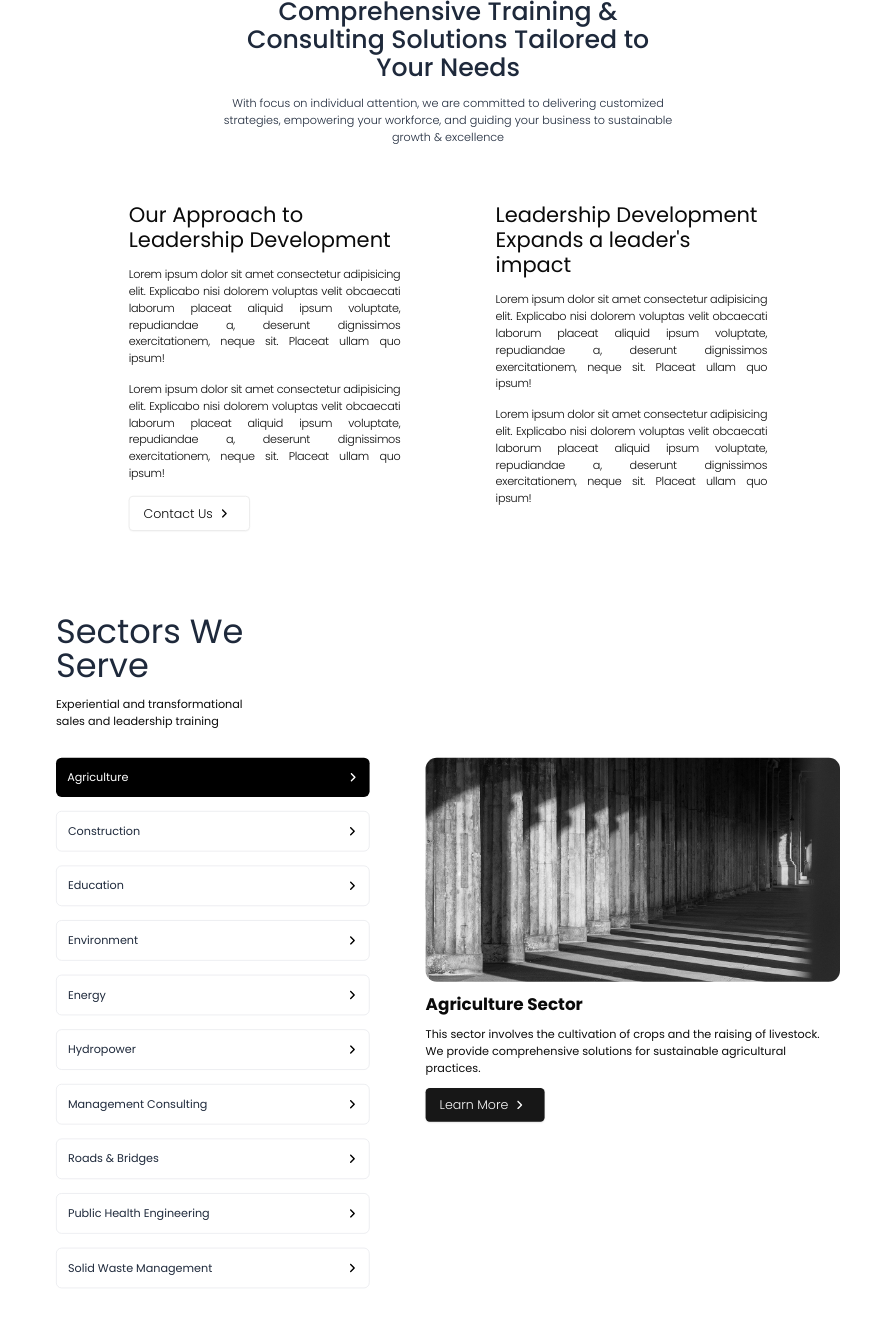
Repository: EMDC-24/ecglobalwebsite19
Page: /
These files come from the project's save history. The page is drawn as it stood at one moment and after the next save; the edit follows.
The browser window is 1280 px wide. The pictures show the part of the page from y = 969 to 2889 px (the page is 2889 px tall), at 70% of full size.
The project was rebuilt for these pictures with package versions that can differ from the ones it lists, and the page was loaded fresh each time. The framework's server and built-in components were replaced by stand-ins that run in the browser. Also part of the build but not shown: next.config.mjs.

Above is the page before, as saved 2024-09-17 19:49:52.

After the next save:
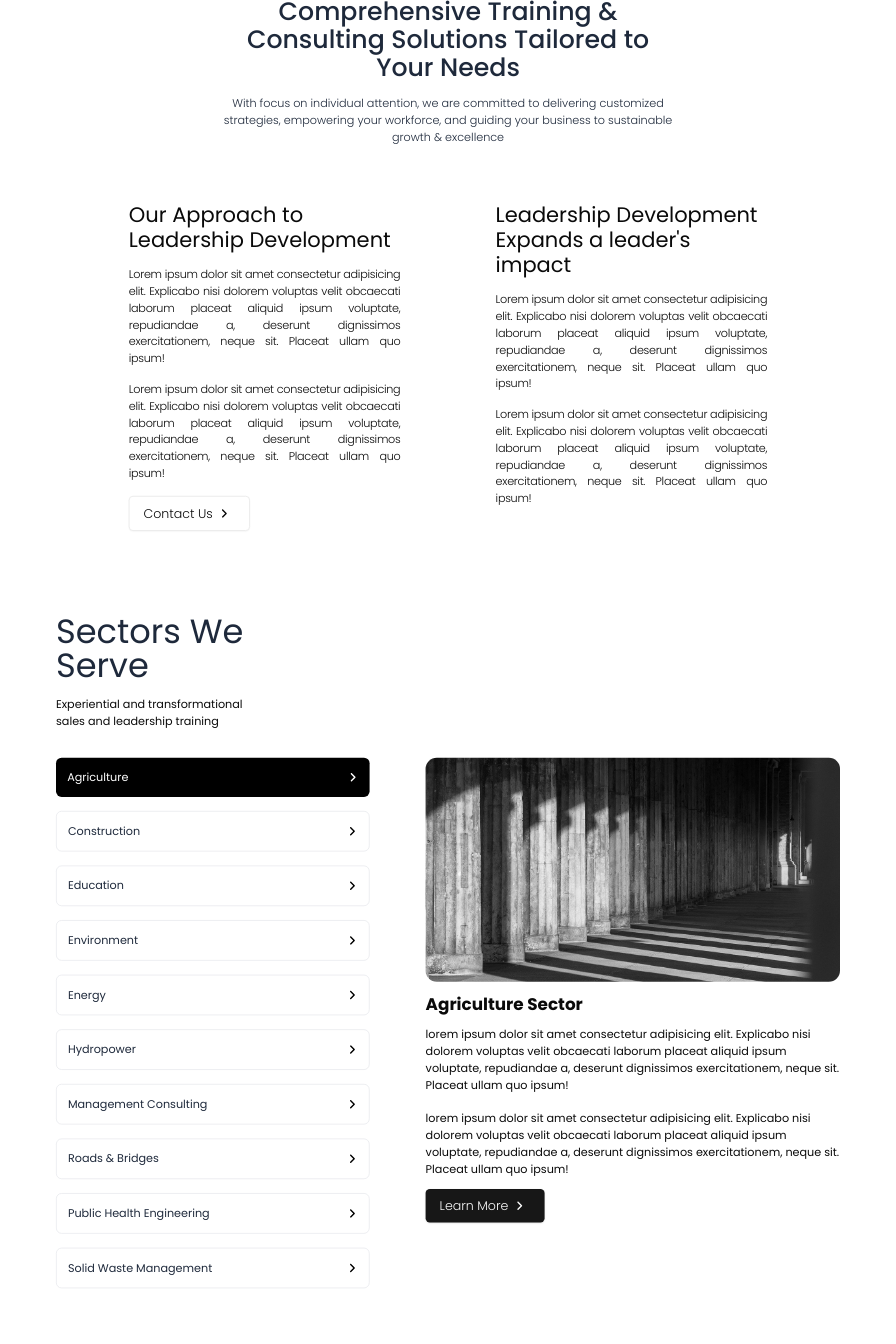
Saved 56 s later.
--- a/app/SerTabs.tsx
+++ b/app/SerTabs.tsx
@@ -10,7 +10,7 @@
       label: 'Agriculture',
       image: '/assets/hero2.jpg', // Background image path
       heading: 'Agriculture Sector',
-      paragraph: '<p>This sector involves the cultivation of crops and the raising of livestock. We provide comprehensive solutions for sustainable agricultural practices.</p>',
+      paragraph: '<p>lorem ipsum dolor sit amet consectetur adipisicing elit. Explicabo nisi dolorem voluptas velit obcaecati laborum placeat aliquid ipsum voluptate, repudiandae a, deserunt dignissimos exercitationem, neque sit. Placeat ullam quo ipsum!<br></br>lorem ipsum dolor sit amet consectetur adipisicing elit. Explicabo nisi dolorem voluptas velit obcaecati laborum placeat aliquid ipsum voluptate, repudiandae a, deserunt dignissimos exercitationem, neque sit. Placeat ullam quo ipsum!</p>',
       buttonText: 'Learn More',
       buttonRoute: '/agriculture', // Route for the button
     },
